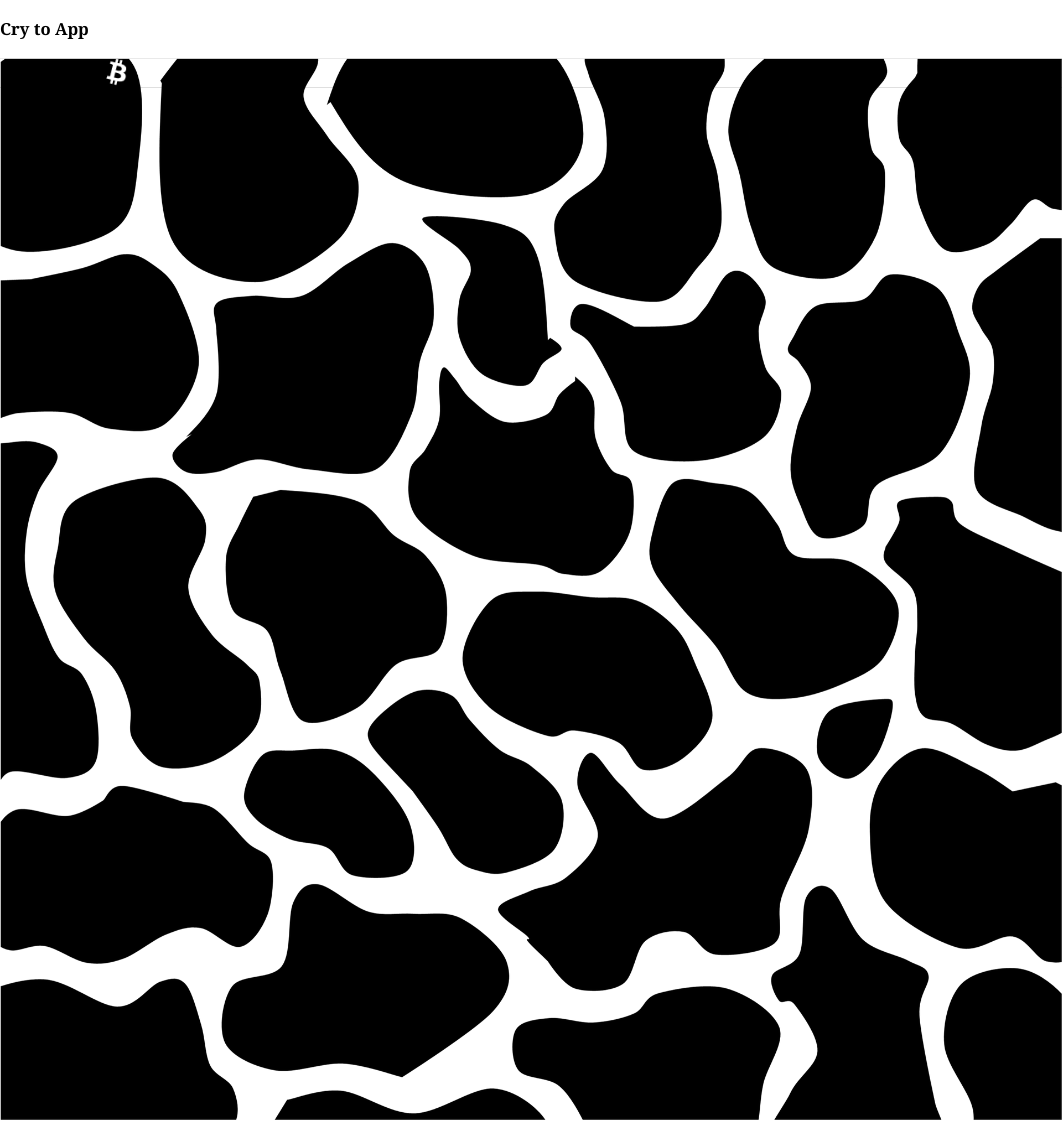
Repository: oninopantsu/crytoapp
Page: /
An editor plug-in stored every save of this project. The page is shown before and after a run of saves, followed by the edit.
The browser window is 1280 px wide. The pictures show the whole page, at 83% of full size.
Some web fonts or font styles are not loaded; a fallback is used. The project was rebuilt for these pictures with package versions that can differ from the ones it lists, and the page was loaded fresh each time. Also part of the build but not shown: vue.config.js.

Above is the page before, as saved 2021-09-05 02:40:10.

After the next 2 saves:
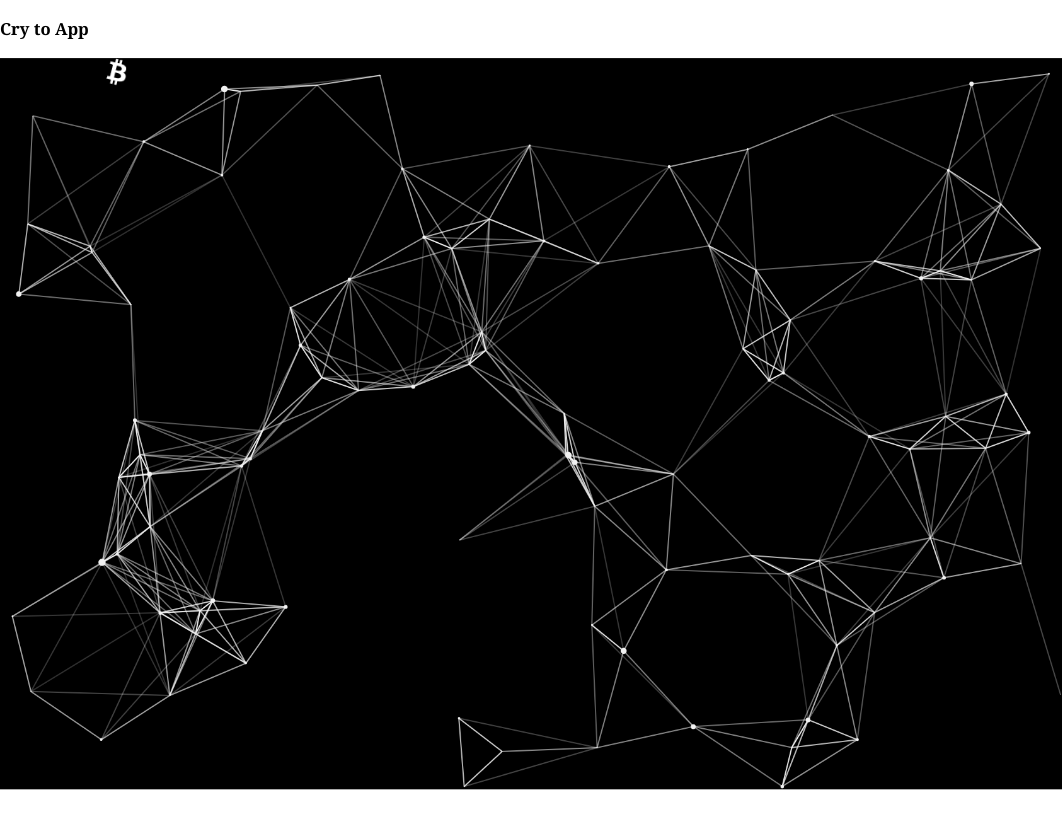
The 2 saves are shown as one change because they came seconds apart.
The last was saved 3 min 0 s later.
--- a/src/components/Header.vue
+++ b/src/components/Header.vue
@@ -2,7 +2,7 @@
   <header>
     <div class="title">
       <h1 class="header-logo">Cry to App</h1>
-      <img src="../assets/back.png" alt="">
+      <img src="../assets/cool-background.png" alt="">
     </div>
   </header>
 </template>
